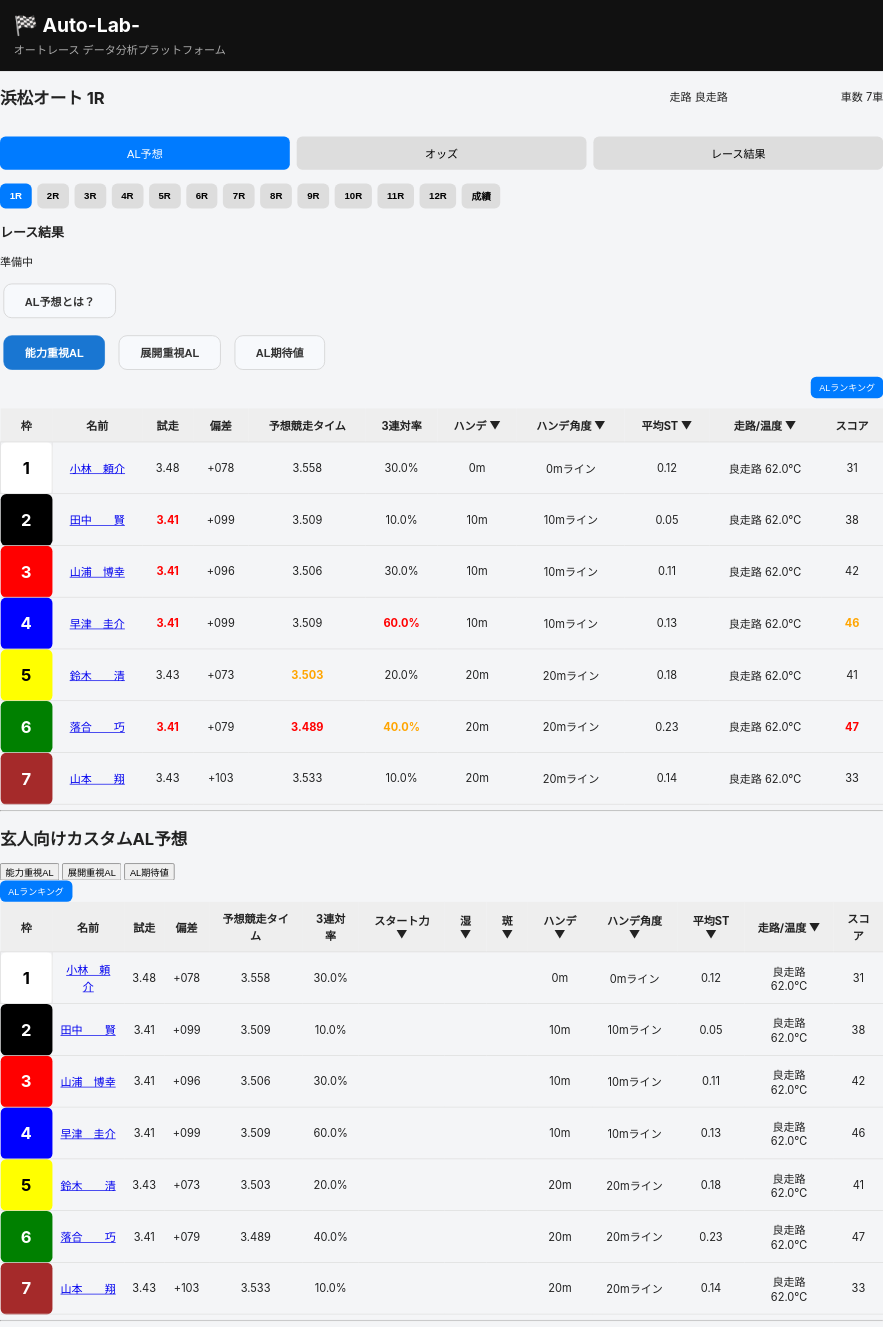
Repository: autorace-lab/Auto-Lab--main
Page: race.html
An editor plug-in stored every save of this project. The page is shown before and after the next save, followed by the edit.
The browser window is 1280 px wide. The pictures show the whole page, at 69% of full size.

Above is the page before, as saved 2026-08-09 22:40:34.

### race.html
<!DOCTYPE html>
<html lang="ja">

<head>
<meta charset="UTF-8">
<meta name="viewport" content="width=device-width, initial-scale=1.0">

<title>Auto-Lab- | オートレースデータ分析</title>

<link rel="stylesheet" href="style.css">

</head>


<div id="playerModal" class="modal">

<div class="modal-content">

<span class="close" onclick="closePlayer()">×</span>

<h2 id="playerName"></h2>

<p><strong>ランク</strong>　<span id="playerRank"></span></p>

<p><strong>試走平均</strong>　<span id="playerTime"></span></p>

<p><strong>平均ST</strong>　<span id="playerST"></span></p>

<p><strong>試走偏差</strong>　<span id="playerDiff"></span></p>

<p><strong>3連対率</strong>　<span id="playerTripleRate"></span></p>

<p><strong>節間成績</strong></p>

<p id="playerResults"></p>

<p><strong>直近10走</strong></p>

<p id="playerRecent"></p>

<p><strong>車番</strong>　<span id="playerCar"></span>号車</p>

<p><strong>ハンデ</strong>　<span id="playerHandicap"></span></p>

<p><strong>評価</strong>　<span id="playerEvaluation"></span></p>

</div>

</div>


<body>


<header>


<div class="logo">
<a href="index.html">
🏁 Auto-Lab-
</a>
</div>


<div class="subtitle">
オートレース データ分析プラットフォーム
</div>


</header>

<div class="race-info">

<div class="race-header">

<h2 id="raceTitle"></h2>

<p id="raceTitleType"></p>

<p id="raceDay"></p>

<p id="deadline"></p>

<p id="weather"></p>

<p id="track"></p>

<p id="cars"></p>

</div>

<div class="tabs">
  <button class="tab-btn active" onclick="changeTab('al')">AL予想</button>
  <button class="tab-btn" onclick="changeTab('odds')">オッズ</button>
  <button class="tab-btn" onclick="changeTab('result')">レース結果</button>
</div>

<div class="race-tabs">

<button class="race-tab-btn active" onclick="changeRace(1)">1R</button>
<button class="race-tab-btn" onclick="changeRace(2)">2R</button>
<button class="race-tab-btn" onclick="changeRace(3)">3R</button>
<button class="race-tab-btn" onclick="changeRace(4)">4R</button>
<button class="race-tab-btn" onclick="changeRace(5)">5R</button>
<button class="race-tab-btn" onclick="changeRace(6)">6R</button>
<button class="race-tab-btn" onclick="changeRace(7)">7R</button>
<button class="race-tab-btn" onclick="changeRace(8)">8R</button>
<button class="race-tab-btn" onclick="changeRace(9)">9R</button>
<button class="race-tab-btn" onclick="changeRace(10)">10R</button>
<button class="race-tab-btn" onclick="changeRace(11)">11R</button>
<button class="race-tab-btn" onclick="changeRace(12)">12R</button>

<button class="race-tab-btn result-tab-btn" onclick="changeRecent(this)">
成績
</button>

</div>
<div id="race" class="tab-content" style="display:none;">
  <table>
    <thead>
      <tr>
        <th>車</th>
        <th>選手</th>
        <th>ハンデ</th>
        <th>試走</th>
        <th>偏差</th>
        <th>ST</th>
        <th>3連対率</th>
        <th>節間成績</th>
    </thead>
    <tbody id="raceTable"></tbody>
  </table>
</div>
<div id="result" class="tab-content">
  <h3>レース結果</h3>
  <p>準備中</p>
</div>

<div id="recent" class="tab-content" style="display:none;">

<h2>近10走</h2>

<table class="recent-table">

<thead>
<tr>
<th>枠</th>
<th>選手</th>
<th>1走前</th>
<th>2走前</th>
<th>3走前</th>
<th>4走前</th>
<th>5走前</th>
<th>6走前</th>
<th>7走前</th>
<th>8走前</th>
<th>9走前</th>
<th>10走前</th>
</tr>
</thead>

<tbody id="recentTable">

</tbody>

</table>

</div>

<div id="odds" class="tab-content" style="display:none;">
  <h3>オッズ</h3>
  <p>ここにオッズを表示します。</p>
</div>

<div id="al" class="tab-content" style="display:block;">

   <div class="al-tabs">

<button class="al-tab-btn" onclick="toggleAbout(this)">
    AL予想とは？
</button>

</div>



    <!-- AL予想とは -->
    <div id="about" class="al-page" style="display:none;">



<h2>🏁 Auto-Lab予想（AL予想）</h2>

<p>
<strong>
試走タイムを単純評価するのではなく、選手ごとの試走特性を補正した
「予想競走タイム」と、レース条件による「展開ポイント」を組み合わせ、
そのレースにおける選手の期待値を可視化する予想システムです。
</strong>
</p>

<p>
オートレースでは、同じ試走タイムでも選手によって意味が変わります。
試走タイムを出しやすい選手、出にくい選手の特徴を
<strong>試走偏差</strong>によって補正し、
選手本来の状態を評価します。
</p>




<p>
選手自身の能力・現在の状態を重視するAI評価です。
</p>

<p>
<strong>
予想競走タイム 70％ ＋ 展開ポイント 30％
</strong>
</p>

<ul>
<li>試走タイム＋試走偏差による予想競走タイム</li>
<li>平均ST</li>
<li>ハンデ位置補正</li>
<li>走路コンディション</li>
</ul>


<h3>🌊 展開重視AL</h3>

<p>
ハンデ位置や走路条件など、レース展開の有利不利を重視するAI評価です。
</p>

<p>
<strong>
予想競走タイム 30％ ＋ 展開ポイント 70％
</strong>
</p>

<ul>
<li>試走タイム＋試走偏差による予想競走タイム</li>
<li>平均ST</li>
<li>ハンデ位置補正</li>
<li>走路コンディション（良走路・湿走路・走路温度など）</li>
</ul>


<h3>🏆 AL期待値</h3>

<p>
能力重視ALと展開重視ALの両方から、
そのレースで最も期待できる選手を分析します。
</p>

<p>
<strong>
能力 × 展開 ＝ Auto-Lab期待値
</strong>
</p>


</div>

<div class="al-sub-tabs">

<button class="al-tab-btn" onclick="changeALTab('ability', this)">
    能力重視AL
</button>

<button class="al-tab-btn" onclick="changeALTab('development', this)">
    展開重視AL
</button>

<button class="al-tab-btn" onclick="changeALTab('expectationArea', this)">
AL期待値
</button>

</div>


<section class="al-description">

  <div id="ability" class="al-page" style="display:none;">

<div class="al-header">

<div id="handicapAngleArea"></div>

    <button class="rank-btn" id="rankBtn" onclick="toggleAbilityRank()">
    ALランキング
</button>

    </div>

<table>
<thead>
<tr>
<th>枠</th>
<th>名前</th>
<th>試走</th>
<th>偏差</th>
<th>予想競走タイム</th>
<th>3連対率</th>
<th class="handicap-header" onclick="toggleHandicap()">
    ハンデ ▼
</th>
<th class="handicap-angle-header"
onclick="toggleHandicapAngle()">
ハンデ角度 ▼
</th>

<th class="st-header" onclick="toggleST()">
    平均ST ▼
</th>
<th class="temp-header" onclick="toggleTemperature()">
    走路/温度 ▼
</th>
<th>スコア</th>
</tr>
</thead>

<tbody id="abilityTable">
</tbody>

</table>
<div id="handicapAngleArea"></div>
</div>

<div id="development" class="al-page" style="display:none;">
<div class="al-header">


   <button class="rank-btn" id="developmentRankBtn" onclick="toggleDevelopmentRank()">
    ALランキング
</button>

    </div>


<table>
<thead>
<tr>
<th>枠</th>
<th>名前</th>
<th>試走</th>
<th>偏差</th>
<th>予想競走タイム</th>
<th>3連対率</th>
<th class="handicap-header" onclick="toggleHandicap()">
    ハンデ ▼
</th>
<th class="handicap-angle-header"
onclick="toggleHandicapAngle()">
ハンデ角度 ▼
</th>

<th class="st-header" onclick="toggleST()">
    平均ST ▼
</th>
<th class="temp-header" onclick="toggleTemperature()">
    走路/温度 ▼
</th>
<th>スコア</th>
</tr>
</thead>

<tbody id="developmentTable">
</tbody>

</table>

</div>

<div id="expectationArea" class="al-page" style="display:none;">

<div class="al-header">

<button class="rank-btn" id="expectationRankBtn" onclick="toggleExpectationRank()">
ALランキング
</button>

</div>
<table>

<thead>
<tr>
<th>枠</th>
<th>名前</th>
<th>能力スコア</th>
<th>展開スコア</th>
<th>AL期待値</th>
</tr>
</thead>

<tbody id="expectationTable">

</tbody>

</table>

</div>

<hr class="custom-divider">

<h2 class="custom-title">
    玄人向けカスタムAL予想
</h2>

<div class="custom-al-sub-tabs">
    <button class="custom-al-tab-btn active"
        onclick="changeCustomALTab('customAbility',this)">
        能力重視AL
    </button>

    <button class="custom-al-tab-btn"
        onclick="changeCustomALTab('customDevelopment',this)">
        展開重視AL
    </button>

    <button class="custom-al-tab-btn"
        onclick="changeCustomALTab('customExpectation',this)">
        AL期待値
    </button>
</div>

<div id="customAbility"
class="custom-al-page"
style="display:block;">


<button class="rank-btn"
id="customAbilityRankBtn"
onclick="toggleCustomAbilityRank()">
    ALランキング
</button>



<table>

<thead>
<tr>
<th>枠</th>
<th>名前</th>
<th>試走</th>
<th>偏差</th>
<th>予想競走タイム</th>
<th>3連対率</th>
<th>スタート力 ▼</th>
<th>湿 ▼</th>
<th>斑 ▼</th>
<th class="handicap-header" onclick="toggleCustomHandicap()">
    ハンデ ▼
</th>
<th class="handicap-angle-header" onclick="toggleCustomHandicapAngle()">
    ハンデ角度 ▼
</th>
<th class="st-header" onclick="toggleCustomST()">
    平均ST ▼
</th>
<th class="temp-header" onclick="toggleCustomTemperature()">
    走路/温度 ▼
</th>
<th>スコア</th>
</tr>
</thead>

<tbody id="customAbilityTable">
</tbody>

</table>

</div>

<div id="customDevelopment"
class="custom-al-page"
style="display:none;">
  <button class="rank-btn"
id="customDevelopmentRankBtn"
onclick="toggleCustomDevelopmentRank()">
    ALランキング
</button>




<table>
<thead>
<tr>
<th>枠</th>
<th>名前</th>
<th>試走</th>
<th>偏差</th>
<th>予想競走タイム</th>
<th>3連対率</th>
<th>スタート力 ▼</th>
<th>湿 ▼</th>
<th>斑 ▼</th>
<th class="handicap-header" onclick="toggleCustomHandicap()">
    ハンデ ▼
</th>
<th class="handicap-angle-header" onclick="toggleCustomHandicapAngle()">
    ハンデ角度 ▼
</th>
<th class="st-header" onclick="toggleCustomST()">
    平均ST ▼
</th>
<th class="temp-header" onclick="toggleCustomTemperature()">
    走路/温度 ▼
</th>
<th>スコア</th>
</tr>
</thead>

<tbody id="customDevelopmentTable">
</tbody>

</table>

</div>

<div id="customExpectation"
class="custom-al-page"
style="display:none;">

<button class="rank-btn"
id="customExpectationRankBtn"
onclick="toggleCustomExpectationRank()">
    ALランキング
</button>


<table>

<thead>
<tr>
<th>枠</th>
<th>名前</th>
<th>能力スコア</th>
<th>展開スコア</th>
<th>AL期待値</th>
</tr>
</thead>

<tbody id="customExpectationTable">

</tbody>

</table>

</div>

<hr class="custom-divider">



    </table>
</div>






<script src="script.js"></script>

</body>

</html>

### style.css
body {
    margin:0;
    font-family:
    -apple-system,
    BlinkMacSystemFont,
    "Helvetica Neue",
    Arial,
    sans-serif;
    background:#f4f5f7;
    color:#222;
}


/* ヘッダー */

header {
    background:#111;
    color:white;
    padding:20px;
}

.logo {
    font-size:28px;
    font-weight:bold;
}

.subtitle {
    color:#aaa;
    margin-top:5px;
}


/* 全体 */

.container {
    max-width:900px;
    margin:auto;
    padding:15px;
}


/* カード */

.card {
    background:white;
    border-radius:14px;
    padding:20px;
    margin-bottom:15px;
    box-shadow:0 3px 10px rgba(0,0,0,0.08);
}


/* レース情報 */

.race-header {
    display:flex;
    justify-content:space-between;
    align-items:center;
}

.badge {
    background:#e60012;
    color:white;
    padding:6px 12px;
    border-radius:20px;
}



/* 表 */

table {
    width:100%;
    border-collapse:collapse;
}


th {
    background:#eee;
}


th,td {
    padding:12px;
    text-align:center;
    border-bottom:1px solid #ddd;
}


/* 車番 */

.car {
    font-size:22px;
    font-weight:bold;
}


/* 評価 */

.rating {
    display:flex;
    gap:10px;
}


.rating div {
    flex:1;
    background:#f5f5f5;
    padding:15px;
    text-align:center;
    border-radius:10px;
}


.star {
    color:#ff9800;
    font-size:22px;
}


/* データ */

.data {
    display:grid;
    grid-template-columns:repeat(3,1fr);
    gap:10px;
}


.data div {
    background:#f5f5f5;
    padding:15px;
    text-align:center;
    border-radius:10px;
}


.number {
    font-size:24px;
    font-weight:bold;
}

  .car {
    width:50px;
    height:50px;
    border-radius:8px;
    color:white;
    font-size:24px;
    font-weight:bold;
}


.car1 {
    background:white;
    color:black;
    border:1px solid #ddd;
}

.car2 {
    background:black;
}

.car3 {
    background:red;
}

.car4 {
    background:blue;
}

.car5 {
    background:yellow;
    color:black;
}

.car6 {
    background:green;
}

.car7 {
    background:brown;
}

.car8 {
    background:purple;
}

/* 試走偏差 */

.plus{
    color:#16a34a;
    font-weight:bold;
    background:#dcfce7;
    padding:4px 8px;
    border-radius:20px;
}

.normal{
    color:#ca8a04;
    font-weight:bold;
    background:#fef9c3;
    padding:4px 8px;
    border-radius:20px;
}

.minus{
    color:#dc2626;
    font-weight:bold;
    background:#fee2e2;
    padding:4px 8px;
    border-radius:20px;
}

/* モーダル */

.modal{

display:none;

position:fixed;

left:0;
top:0;

width:100%;
height:100%;

background:rgba(0,0,0,.6);

}

.modal-content{

background:white;

width:420px;

margin:80px auto;

padding:25px;

border-radius:12px;

position:relative;

}


.close{

position:absolute;

right:15px;

top:10px;

font-size:30px;

cursor:pointer;

}

.tabs {
    display: flex;
    gap: 10px;
    margin: 20px 0;
}

.tab-btn {
    flex: 1;
    padding: 12px;
    border: none;
    background: #ddd;
    cursor: pointer;
    font-size: 16px;
    border-radius: 8px;
    transition: 0.3s;
}

.tab-btn:hover {
    background: #bbb;
}

.tab-btn.active {
    background: #007bff;
    color: white;
}

.tab-content {
    margin-top: 15px;
}

.race-card {
    background: white;
    border-radius: 12px;
    padding: 20px;
    margin: 20px 0;
    box-shadow: 0 4px 12px rgba(0,0,0,0.1);
}

.race-card h3 {
    margin-top: 0;
    font-size: 24px;
}

.race-card button {
    width: 100%;
    padding: 12px;
    border: none;
    border-radius: 8px;
    background: #0066ff;
    color: white;
    font-size: 16px;
    cursor: pointer;
}
.race-card h3 span {
    float: right;
    font-size: 14px;
    font-weight: normal;
}

.race-list {
    display: grid;
    grid-template-columns: 1fr 1fr;
    gap: 15px;
}

.logo a {
    text-decoration: none;
    color: inherit;
}

.best-score {
    color:red !important;
    font-weight:bold;
}

.second-score {
    color:orange !important;
    font-weight:bold;
}

.al-header {
    display: flex;
    justify-content: flex-end;
    align-items: center;
    margin-bottom: 15px;
}

.rank-btn{
    padding:6px 12px;
    border:none;
    border-radius:8px;
    background:#007bff;
    color:white;
    cursor:pointer;
    font-size:13px;
}

.rank-btn:hover{
    opacity:.9;
}

/* AL予想とは？タブ */
.al-tabs {
    margin-bottom: 15px;
}


/* 能力・展開タブ */
.al-sub-tabs {
    display: flex;
    gap: 10px;
    margin: 5px 0;
}


/* ALタブ共通 */
.al-tab-btn {
    padding: 12px 30px;
    margin: 5px;
    border: 1px solid #ccc;
    border-radius: 12px;
    background: #f7f9fc;
    color: #333;
    font-size: 16px;
    font-weight: bold;
    cursor: pointer;
    transition: 0.2s;
}


/* マウスを乗せた時 */
.al-tab-btn:hover {
    background: #e3f2fd;
}


/* 選択中 */
.al-tab-btn.active {
    background: #1976d2;
    color: white;
    border-color: #1976d2;
}

.al-page {
    margin-top: 5px;
}

.buff-plus {
    color: red !important;
}

.buff-minus {
    color: blue !important;
}

.race-tab-btn {
    padding:8px 14px;
    border:none;
    border-radius:8px;
    background:#ddd;
    cursor:pointer;
    font-weight:bold;
}


.race-tab-btn.active {
    background:#007bff;
    color:white;
}

.race-tabs {
    display:flex;
    gap:8px;
    margin:15px 0;
    flex-wrap:wrap;
}


.race-tab-btn {
    padding:8px 14px;
    border:none;
    border-radius:8px;
    background:#ddd;
    cursor:pointer;
    font-size:14px;
    font-weight:bold;
}


.race-tab-btn.active {
    background:#007bff;
    color:white;
}

Loaded but not shown: script.js (2482 lines, source omitted); hamamatsu1_recent.html (11109 lines, source omitted); hamamatsu1_new.html (3905 lines, source omitted)

After the next save:
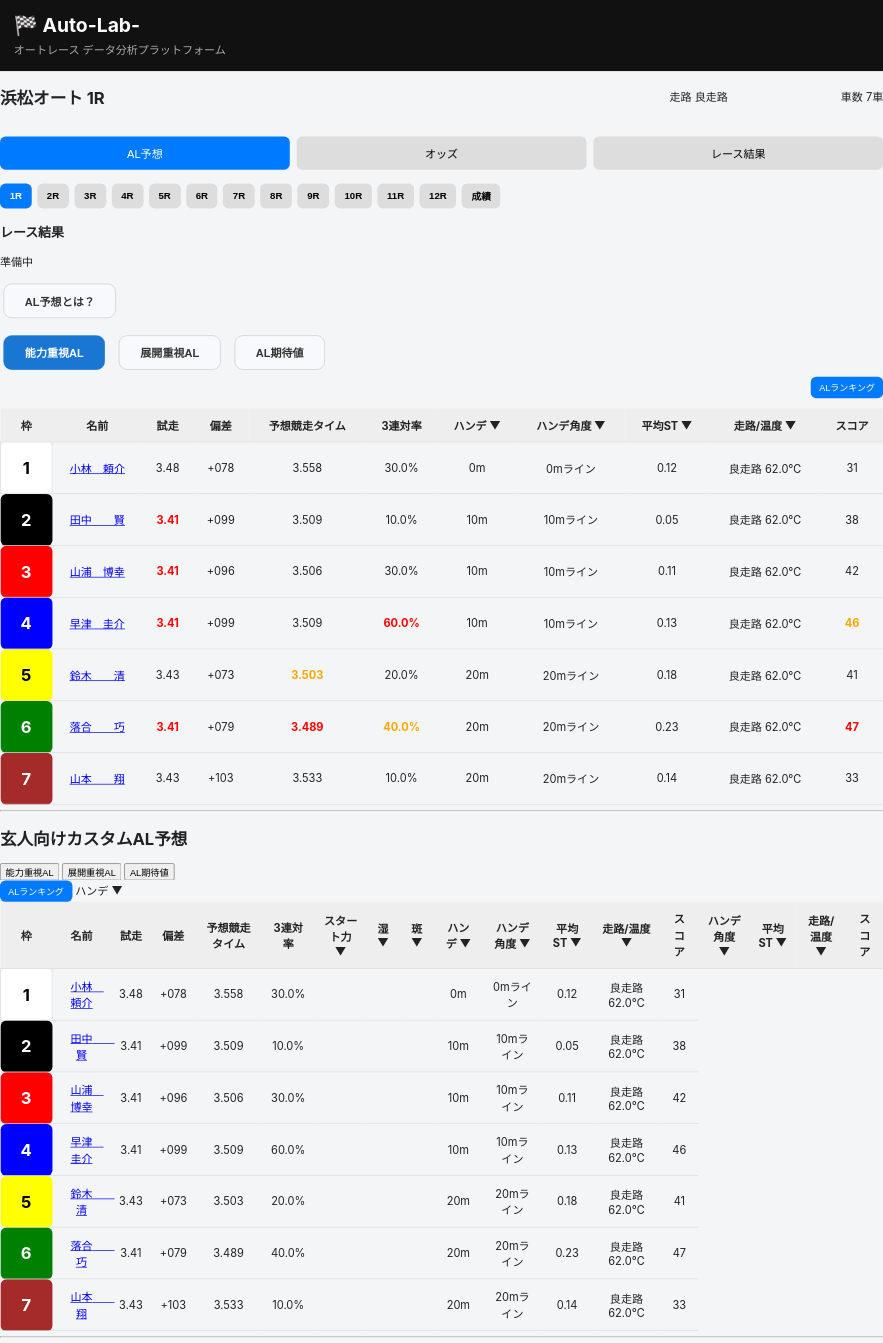
Saved 2 min 9 s later.
--- a/race.html
+++ b/race.html
@@ -451,7 +451,23 @@
 <th>スタート力 ▼</th>
 <th>湿 ▼</th>
 <th>斑 ▼</th>
-<th class="handicap-header" onclick="toggleCustomHandicap()">
+<th class="custom-handicap-header" onclick="toggleCustomHandicap()">
+    ハンデ ▼
+</th>
+
+<th class="custom-handicap-angle-header" onclick="toggleCustomHandicapAngle()">
+    ハンデ角度 ▼
+</th>
+
+<th class="custom-st-header" onclick="toggleCustomST()">
+    平均ST ▼
+</th>
+
+<th class="custom-temp-header" onclick="toggleCustomTemperature()">
+    走路/温度 ▼
+</th>
+
+<th>スコア</th>
     ハンデ ▼
 </th>
 <th class="handicap-angle-header" onclick="toggleCustomHandicapAngle()">

After the save that followed:
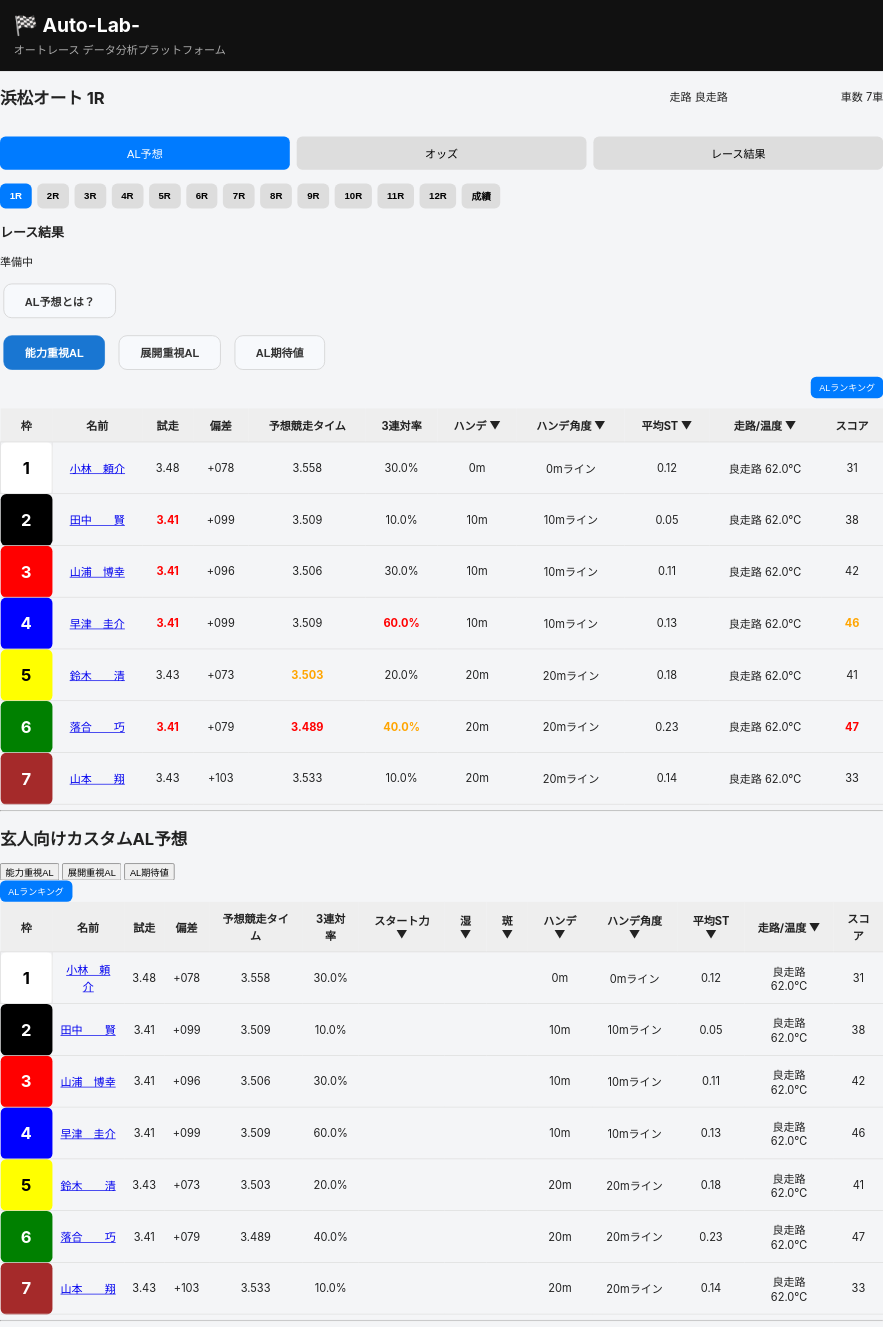
Saved 107 s later.
--- a/race.html
+++ b/race.html
@@ -440,68 +440,6 @@
 
 <table>
 
-<thead>
-<tr>
-<th>枠</th>
-<th>名前</th>
-<th>試走</th>
-<th>偏差</th>
-<th>予想競走タイム</th>
-<th>3連対率</th>
-<th>スタート力 ▼</th>
-<th>湿 ▼</th>
-<th>斑 ▼</th>
-<th class="custom-handicap-header" onclick="toggleCustomHandicap()">
-    ハンデ ▼
-</th>
-
-<th class="custom-handicap-angle-header" onclick="toggleCustomHandicapAngle()">
-    ハンデ角度 ▼
-</th>
-
-<th class="custom-st-header" onclick="toggleCustomST()">
-    平均ST ▼
-</th>
-
-<th class="custom-temp-header" onclick="toggleCustomTemperature()">
-    走路/温度 ▼
-</th>
-
-<th>スコア</th>
-    ハンデ ▼
-</th>
-<th class="handicap-angle-header" onclick="toggleCustomHandicapAngle()">
-    ハンデ角度 ▼
-</th>
-<th class="st-header" onclick="toggleCustomST()">
-    平均ST ▼
-</th>
-<th class="temp-header" onclick="toggleCustomTemperature()">
-    走路/温度 ▼
-</th>
-<th>スコア</th>
-</tr>
-</thead>
-
-<tbody id="customAbilityTable">
-</tbody>
-
-</table>
-
-</div>
-
-<div id="customDevelopment"
-class="custom-al-page"
-style="display:none;">
-  <button class="rank-btn"
-id="customDevelopmentRankBtn"
-onclick="toggleCustomDevelopmentRank()">
-    ALランキング
-</button>
-
-
-
-
 <table>
 <thead>
 <tr>
@@ -530,6 +468,53 @@
 </tr>
 </thead>
 
+<tbody id="customAbilityTable">
+</tbody>
+
+</table>
+
+</div>
+
+<div id="customDevelopment"
+class="custom-al-page"
+style="display:none;">
+  <button class="rank-btn"
+id="customDevelopmentRankBtn"
+onclick="toggleCustomDevelopmentRank()">
+    ALランキング
+</button>
+
+
+
+
+<table>
+<thead>
+<tr>
+<th>枠</th>
+<th>名前</th>
+<th>試走</th>
+<th>偏差</th>
+<th>予想競走タイム</th>
+<th>3連対率</th>
+<th>スタート力 ▼</th>
+<th>湿 ▼</th>
+<th>斑 ▼</th>
+<th class="handicap-header" onclick="toggleCustomHandicap()">
+    ハンデ ▼
+</th>
+<th class="handicap-angle-header" onclick="toggleCustomHandicapAngle()">
+    ハンデ角度 ▼
+</th>
+<th class="st-header" onclick="toggleCustomST()">
+    平均ST ▼
+</th>
+<th class="temp-header" onclick="toggleCustomTemperature()">
+    走路/温度 ▼
+</th>
+<th>スコア</th>
+</tr>
+</thead>
+
 <tbody id="customDevelopmentTable">
 </tbody>
 
